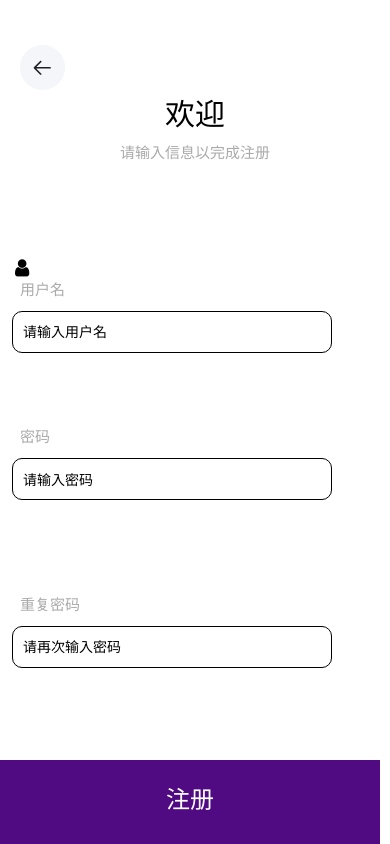
Repository: eyebone/barManager
Screen: /sign
These files come from the project's save history. The screen is drawn as it stood at one moment and after a run of saves; the edit follows.
The app was drawn by React Native's web renderer in a window 390 px wide. The project was rebuilt for these pictures with package versions that can differ from the ones it lists, and the page was loaded fresh each time. Some packages were replaced by stand-ins written for this rebuild. Also part of the build but not shown: components/EmojiPicker.js, components/Button.js, components/ImageViewer.js, components/circleButton.js, components/IconButton.js, view/ViewOne.js, view/Main.js.

Above is the screen before, as saved 2023-06-26 16:34:05.

After the next 2 saves:
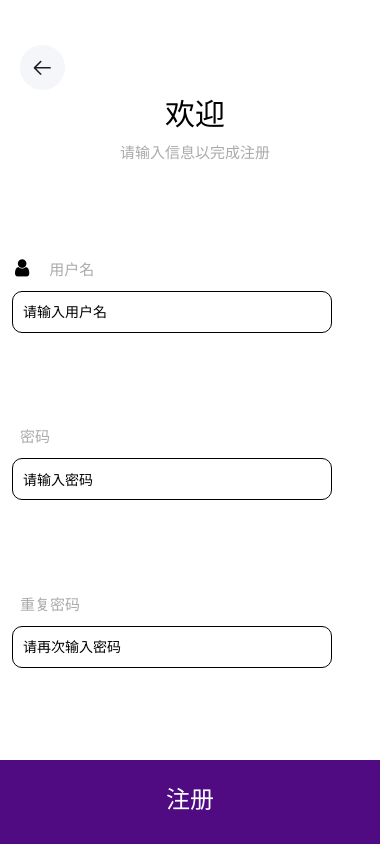
The 2 saves are shown as one change because they came seconds apart.
The last was saved 8 s later.
--- a/view/Sign.js
+++ b/view/Sign.js
@@ -47,8 +47,10 @@ export function SignView({ navigation }) {
         <Text style={styles.infoText}>请输入信息以完成注册</Text>
       </View>
       <View style={styles.inputBar}>
-        <FontAwesome name="user" size={20} style={{marginLeft:15}}></FontAwesome>
-        <Text style={styles.smallText}>用户名</Text>
+        <FontAwesome name="user" size={20} style={{ marginLeft: 15 }}>
+          <Text style={styles.smallText}>用户名</Text>
+        </FontAwesome>
+
         <TextInput
           maxLength={40}
           onChangeText={(text) => onChangeText(text)}
